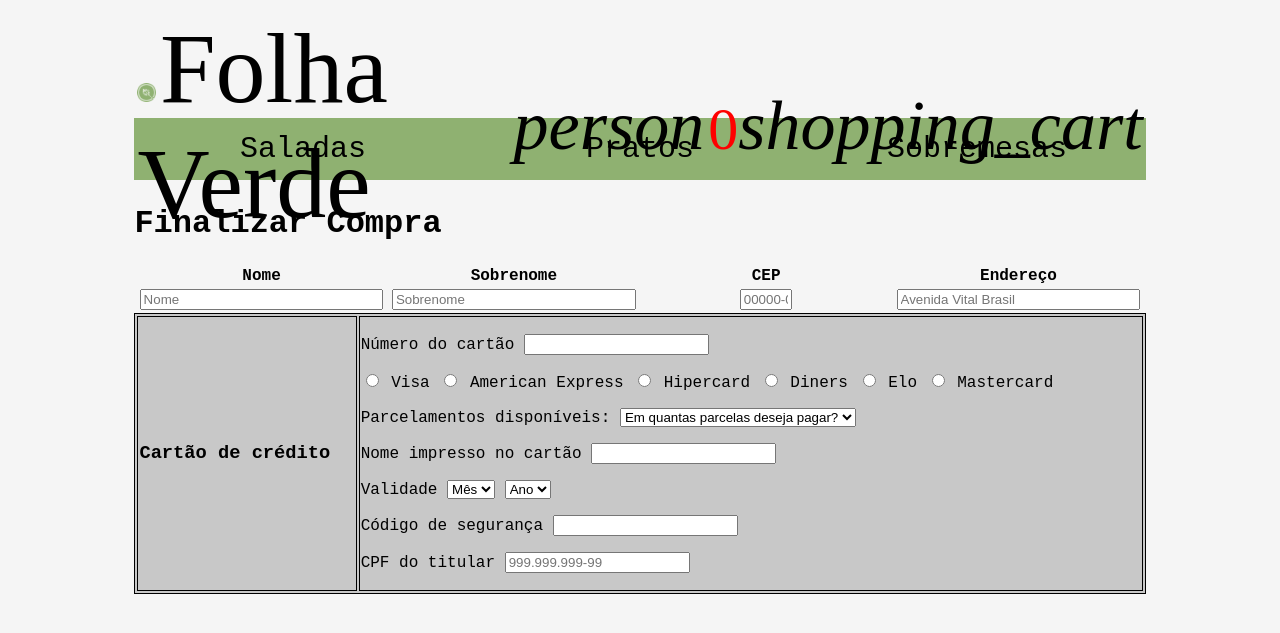
Repository: maaelphd/FolhaVerde
Page: http://localhost/FolhaVerde/Payment.jsp
The author's editor kept a copy of each file at every save. The page is drawn from the files as they stood at one save, then again after the next save.
The browser window is 1280 px wide. The pictures show the whole page.
Some web fonts or font styles are not loaded; a fallback is used. The page is served by Tomcat 9. Other server files are loaded and not shown.

Above is the page before, as saved 2018-06-04 02:29:17.

### FolhaVerde/WebContent/Payment.jsp
<%@ page language="java" contentType="text/html; charset=UTF-8"
	pageEncoding="UTF-8"%>
<%@ taglib uri="http://java.sun.com/jsp/jstl/core" prefix="c"%>
<!DOCTYPE html>
<html>
<head>
	<meta charset="UTF-8">
	<title>Restaurante Folha Verde - Pagamento</title>

	<link rel="stylesheet" href="${pageContext.request.contextPath}/CSS/Payment.css"/>
</head>
<body>
	<div id="wrapper">
		<c:import url="NavBar.jsp"></c:import>

		<div id="divPageContent">

			<div class="PaymentHeaderContent">
				<h1 class="PaymentText">Finalizar Compra</h1>
			</div>

			<div class="divPaymentDataTable">
				<table class="w3-table PaymentsDataTable">
					<tr>
						<th>
							Nome
						</th>
						<th>
							Sobrenome
						</th>
						<th>
							CEP
						</th>
						<th>
							Endereço
						</th>
					</tr>
					<tr>
						<td class="tdInpUserName">
							<input type="text" id="inpUserName" placeholder="Nome" name="data[userName]">
						</td>
						<td class="tdInpUserLastName">
							<input type="text" id="inpUserLastName" placeholder="Sobrenome" name="data[userLastName]">
						</td>
						<td class="tdInpUserCEPCode">
							<input type="text" min="" id="inpUserCEPCode" placeholder="00000-000" name="data[userCEPCode]">
						</td>
						<td class="tdInpUserAdress">
							<input type="text" min="" id="inpUserAdress" placeholder="Avenida Vital Brasil" name="data[userAdress]">
						</td>
					</tr>
				</table>
			</div>

			<div class="divPaymentChoiceTable">
				<table class="w3-table PaymentsChoiceTable">
					<tr>
						<td>
							<h3>Cartão de crédito</h3>
						</td>
						<td>
							<div class="CardForm">
								<div>
									<p class="PaymentCardNumber input text required">
										<label class="FormFieldLabel " for="creditCardpayment-card-0Number">Número do cartão</label>
										<input type="tel" id="creditCardpayment-card-0Number" class="input-medium  error" name="cardNumber" maxlength="30" value="">
									</p>
									<div class="PaymentCardFlags clearfix form-inline">
										<p class="card-flags active">
											<label class="radio card-flag-label" for="creditCardselectedCard0cc-0" title="Visa">
												<input type="radio" class="card-flag-radio" id="creditCardselectedCard0cc-0" name="creditCardselectedCardFlag-0" tabindex="-1" value="2">
												<span class="card-flag Visa ">Visa</span>
											</label>
											<label class="radio card-flag-label" for="creditCardselectedCard1cc-0" title="American Express">
												<input type="radio" class="card-flag-radio" id="creditCardselectedCard1cc-0" name="creditCardselectedCardFlag-0" tabindex="-1" value="1">
												<span class="card-flag American Express ">American Express</span>
											</label>
											<label class="radio card-flag-label" for="creditCardselectedCard2cc-0" title="Hipercard">
												<input type="radio" class="card-flag-radio" id="creditCardselectedCard2cc-0" name="creditCardselectedCardFlag-0" tabindex="-1" value="8">
												<span class="card-flag Hipercard ">Hipercard</span>
											</label>
											<label class="radio card-flag-label" for="creditCardselectedCard3cc-0" title="Diners">
												<input type="radio" class="card-flag-radio" id="creditCardselectedCard3cc-0" name="creditCardselectedCardFlag-0" tabindex="-1" value="3">
												<span class="card-flag Diners card-selected">Diners</span>
											</label>
											<label class="radio card-flag-label" for="creditCardselectedCard4cc-0" title="Elo">
												<input type="radio" class="card-flag-radio" id="creditCardselectedCard4cc-0" name="creditCardselectedCardFlag-0" tabindex="-1" value="9">
												<span class="card-flag Elo ">Elo</span>
											</label>
											<label class="radio card-flag-label" for="creditCardselectedCard5cc-0" title="Mastercard">
												<input type="radio" class="card-flag-radio" id="creditCardselectedCard5cc-0" name="creditCardselectedCardFlag-0" tabindex="-1" value="4">
												<span class="card-flag Mastercard ">Mastercard</span>
											</label>
										</p>
									</div>
								</div>
								<div class="PaymentInstallments ">
									<p class="select required">
										<label class="FormFieldLabel hide" for="creditCardpayment-card-0Brand">Parcelamentos disponíveis:</label>
										<select class="input-xlarge " id="creditCardpayment-card-0Brand">
											<option value="">Em quantas parcelas deseja pagar?</option>
											<option value="1">1x-</option>
											<option value="2">2x-</option>
											<option value="2">3x-</option>
											<option value="2">4x-</option>
											<optgroup label=""></optgroup>
										</select>
									</p>
								</div>
								<div>
									<p class="PaymentCardHolderName">
										<label class="FormFieldLabel " for="creditCardpayment-card-0Name">Nome impresso no cartão</label>
										<input type="text" class="input-medium  " id="creditCardpayment-card-0Name" name="ccName" value="">
									</p>
									<div class="PaymentCardDueDate clearfix">
										<p class="payment-card-due-month input text required">
											<label class="FormFieldLabel pull-left" for="creditCardpayment-card-0Month">Validade</label>
											<select class="input-mini " id="creditCardpayment-card-0Month" name="cardExpirationMonth">
												<option value="">Mês</option>
												<option value="01">01</option>
												<option value="02">02</option>
												<option value="03">03</option>
												<option value="04">04</option>
												<option value="05">05</option>
												<option value="06">06</option>
												<option value="07">07</option>
												<option value="08">08</option>
												<option value="09">09</option>
												<option value="10">10</option>
												<option value="11">11</option>
												<option value="12">12</option>
											</select>


											<select class="input-mini " id="creditCardpayment-card-0Year" name="cardExpirationYear">
												<option value="">Ano</option>
												<option value="18">18</option>
												<option value="19">19</option>
												<option value="20">20</option>
												<option value="21">21</option>
												<option value="22">22</option>
												<option value="23">23</option>
												<option value="24">24</option>
												<option value="25">25</option>
												<option value="26">26</option>
												<option value="27">27</option>
												<option value="28">28</option>
												<option value="29">29</option>
												<option value="30">30</option>
												<option value="31">31</option>
												<option value="32">32</option>
												<option value="33">33</option>
												<option value="34">34</option>
												<option value="35">35</option>
												<option value="36">36</option>
												<option value="37">37</option>
												<option value="38">38</option>
												<option value="39">39</option>
												<option value="40">40</option>
											</select>

										</p>
									</div>
								</div>
								<p class="PaymentCardCVV input text required">
									<label class="FormFieldLabel " for="creditCardpayment-card-0Code">Código de segurança</label>
									<input type="tel" id="creditCardpayment-card-0Code" class="input-mini   " maxlength="3" value="">
								</p>
								<p class="PaymentCardHolderDocument input text required mask">
									<label class="FormFieldLabel " for="holder-document-0">CPF do titular</label>
									<input type="tel" id="holder-document-0" class="input-small  " value="" placeholder="999.999.999-99">
								</p>
							</div>
						</td>
					</tr>
				</table>
			</div>
		</div>

	</div>
</body>
<footer></footer>
<script>
</script>
</html>

### FolhaVerde/WebContent/NavBar.jsp
<%@ page language="java" contentType="text/html; charset=UTF-8"	pageEncoding="UTF-8"%>
<%@ taglib uri="http://java.sun.com/jsp/jstl/core" prefix="c"%>
<!DOCTYPE html>
	 <meta charset="UTF-8">

 	<link href="https://fonts.googleapis.com/icon?family=Material+Icons" rel="stylesheet">
	<link rel="stylesheet" href="${pageContext.request.contextPath}/CSS/Pages.css"/>
	<link rel="stylesheet" href="${pageContext.request.contextPath}/CSS/NavBar.css"/>
	<link rel="stylesheet" href="${pageContext.request.contextPath}/CSS/RobotoFonts.css" type="text/css">
	<link rel="stylesheet" href="${pageContext.request.contextPath}/CSS/IndieFlower.css" type="text/css">

	<div class="LogoHeader">
		<table class="w3-table TopBarTable">
			<tr>
				<td>
					<div class="LogoImg">
						<a href="index.jsp"><img src="${pageContext.request.contextPath}/imgs/LOGO.png"> <span class="NomeEmpresaLogo"> Folha Verde </span></a>
					</div>
				</td>
				<td id="PersonIcoCol">
					<i class="material-icons" id="PersonIco">person</i>
				</td>
				<td id="shoppingCartIcoCol">
					<span class="ItensCountNumber">0</span><i class="material-icons" id="shoppingCartIco">shopping_cart</i>
				</td>
			</tr>
		</table>
	</div>

	<nav>
		<ul class="horizontal">
			<li><a href="#home" class="SaladTab">Saladas</a></li>
			<li><a href="#news" class="PlateTab">Pratos</a></li>
			<li><a href="#contact" class="DessertTab">Sobremesas</a></li>
		</ul>
	</nav>

	<!-- JQUERY & BOOTSTRAP  -->

	<!-- jQuery Reference -->
	<!-- <script src="${pageContext.request.contextPath}/jquery-ui/jquery-ui.min.js"></script> -->
	<script src="${pageContext.request.contextPath}/jquery-ui/jquery-3.3.1.min.js"></script>
	<script src="https://cdnjs.cloudflare.com/ajax/libs/jquery.mask/1.14.10/jquery.mask.js"></script>


	<script src="https://maxcdn.bootstrapcdn.com/bootstrap/3.3.7/js/bootstrap.min.js"></script>

	<script>
	$(document).ready(function () {

	  	$(".nav a").on("click", function(){
	  	   $(".nav").find(".active").removeClass("active");
	  	   $(this).parent().addClass("active");
	  	});

	});
	//# sourceURL=pen.js
	</script>

### FolhaVerde/WebContent/CSS/Payment.css
body {
	font-family: 'Roboto Mono', monospace;
}

.w3-content.w3-section
{
	align-items: center;
	margin: 0 auto;
	width: 100%;
	height: 100%;
}

.divPaymentChoiceTable,
.divPaymentDataTable {
	width: 80%;;
	margin: 0 auto;
}

.PaymentsChoiceTable,
.PaymentsDataTable {
	width: 100%;;
	margin: 0 auto;
	text-align: center;
}

.PaymentHeaderContent {
	width: 80%;;
	margin: 0 auto;
	text-align: left;
}

.tdInpUserName input, .tdInpUserLastName input,
.tdInpUserAdress input {
	width: 95%;
}

.tdInpUserCEPCode input {
	width: 18%;
}

.PaymentsChoiceTable {
	background-color: #c8c8c8;
}

.PaymentsChoiceTable,
.PaymentsChoiceTable td,
.PaymentsChoiceTable tr {
	border: 1px solid black;
}

.PaymentsChoiceTable td {
	text-align: left;
}

### FolhaVerde/WebContent/CSS/Pages.css
html, body {
	background-color: #f5f5f5;
	font-family: 'Roboto Mono', monospace;
}

#divPageContent
{
	display: block;
	margin-top: 2%;
}

.TopBar {
	border: 1px solid black;
}

### FolhaVerde/WebContent/CSS/NavBar.css
nav {
	width: 80%;
	text-align: center;
	margin: 0% auto;
}

ul {
    list-style-type: none;
    margin: 0;
    padding: 0;
    overflow: hidden;
    background-color: #8FB171;
}

li {
    float: left;
    width: 33.33333%;
}

li a {
    display: block;
    color: white;
    text-align: center;
    padding: 14px 16px;
    text-decoration: none;
}

li a.SaladTab,
li a.PlateTab,
li a.DessertTab {
    font-size: 30px;
}

/* Change the link color to #111 (black) on hover */
li a:hover {
    background-color: #badd9b;
}

a:link {
	color: inherit;
	text-decoration: none;
}

.LogoHeader
{
	width: 80%;
	height: 110px;
	text-align: left;
	margin: 0% auto;
	font-family: 'Indie Flower', cursive;
}

.LogoImg img
{
	width: 5%;
	height: 5%;
}

.NomeEmpresaLogo {
	font-size: 100px;
	font-family:
}

#shoppingCartIco,
#PersonIco {
	font-size: 70px;
}

.TopBarTable{
	width: 100%;
}

.ItensCountNumber {
	font-size: 60px;
	color: #ff0000;
	font-family: 'Indie Flower', cursive;
}

.SaladTab.active, .PlateTab.active, .DessertTab.active{
	background-color: #badd9b;
}

### FolhaVerde/WebContent/CSS/RobotoFonts.css
/* cyrillic-ext */
@font-face {
  font-family: 'Roboto Mono';
  font-style: normal;
  font-weight: 400;
  src: local('Roboto Mono'), local('RobotoMono-Regular'), url(https://fonts.gstatic.com/s/robotomono/v5/L0x5DF4xlVMF-BfR8bXMIjhGq3-OXg.woff2) format('woff2');
  unicode-range: U+0460-052F, U+1C80-1C88, U+20B4, U+2DE0-2DFF, U+A640-A69F, U+FE2E-FE2F;
}
/* cyrillic */
@font-face {
  font-family: 'Roboto Mono';
  font-style: normal;
  font-weight: 400;
  src: local('Roboto Mono'), local('RobotoMono-Regular'), url(https://fonts.gstatic.com/s/robotomono/v5/L0x5DF4xlVMF-BfR8bXMIjhPq3-OXg.woff2) format('woff2');
  unicode-range: U+0400-045F, U+0490-0491, U+04B0-04B1, U+2116;
}
/* greek-ext */
@font-face {
  font-family: 'Roboto Mono';
  font-style: normal;
  font-weight: 400;
  src: local('Roboto Mono'), local('RobotoMono-Regular'), url(https://fonts.gstatic.com/s/robotomono/v5/L0x5DF4xlVMF-BfR8bXMIjhHq3-OXg.woff2) format('woff2');
  unicode-range: U+1F00-1FFF;
}
/* greek */
@font-face {
  font-family: 'Roboto Mono';
  font-style: normal;
  font-weight: 400;
  src: local('Roboto Mono'), local('RobotoMono-Regular'), url(https://fonts.gstatic.com/s/robotomono/v5/L0x5DF4xlVMF-BfR8bXMIjhIq3-OXg.woff2) format('woff2');
  unicode-range: U+0370-03FF;
}
/* vietnamese */
@font-face {
  font-family: 'Roboto Mono';
  font-style: normal;
  font-weight: 400;
  src: local('Roboto Mono'), local('RobotoMono-Regular'), url(https://fonts.gstatic.com/s/robotomono/v5/L0x5DF4xlVMF-BfR8bXMIjhEq3-OXg.woff2) format('woff2');
  unicode-range: U+0102-0103, U+0110-0111, U+1EA0-1EF9, U+20AB;
}
/* latin-ext */
@font-face {
  font-family: 'Roboto Mono';
  font-style: normal;
  font-weight: 400;
  src: local('Roboto Mono'), local('RobotoMono-Regular'), url(https://fonts.gstatic.com/s/robotomono/v5/L0x5DF4xlVMF-BfR8bXMIjhFq3-OXg.woff2) format('woff2');
  unicode-range: U+0100-024F, U+0259, U+1E00-1EFF, U+2020, U+20A0-20AB, U+20AD-20CF, U+2113, U+2C60-2C7F, U+A720-A7FF;
}
/* latin */
@font-face {
  font-family: 'Roboto Mono';
  font-style: normal;
  font-weight: 400;
  src: local('Roboto Mono'), local('RobotoMono-Regular'), url(https://fonts.gstatic.com/s/robotomono/v5/L0x5DF4xlVMF-BfR8bXMIjhLq38.woff2) format('woff2');
  unicode-range: U+0000-00FF, U+0131, U+0152-0153, U+02BB-02BC, U+02C6, U+02DA, U+02DC, U+2000-206F, U+2074, U+20AC, U+2122, U+2191, U+2193, U+2212, U+2215, U+FEFF, U+FFFD;
}

### FolhaVerde/WebContent/CSS/IndieFlower.css
/* latin */
@font-face {
  font-family: 'Indie Flower';
  font-style: normal;
  font-weight: 400;
  src: local('Indie Flower'), local('IndieFlower'), url(https://fonts.gstatic.com/s/indieflower/v9/m8JVjfNVeKWVnh3QMuKkFcZVaUuH.woff2) format('woff2');
  unicode-range: U+0000-00FF, U+0131, U+0152-0153, U+02BB-02BC, U+02C6, U+02DA, U+02DC, U+2000-206F, U+2074, U+20AC, U+2122, U+2191, U+2193, U+2212, U+2215, U+FEFF, U+FFFD;
}

Loaded but not shown: FolhaVerde/WebContent/jquery-ui/jquery-3.3.1.min.js (library)

After the next save:
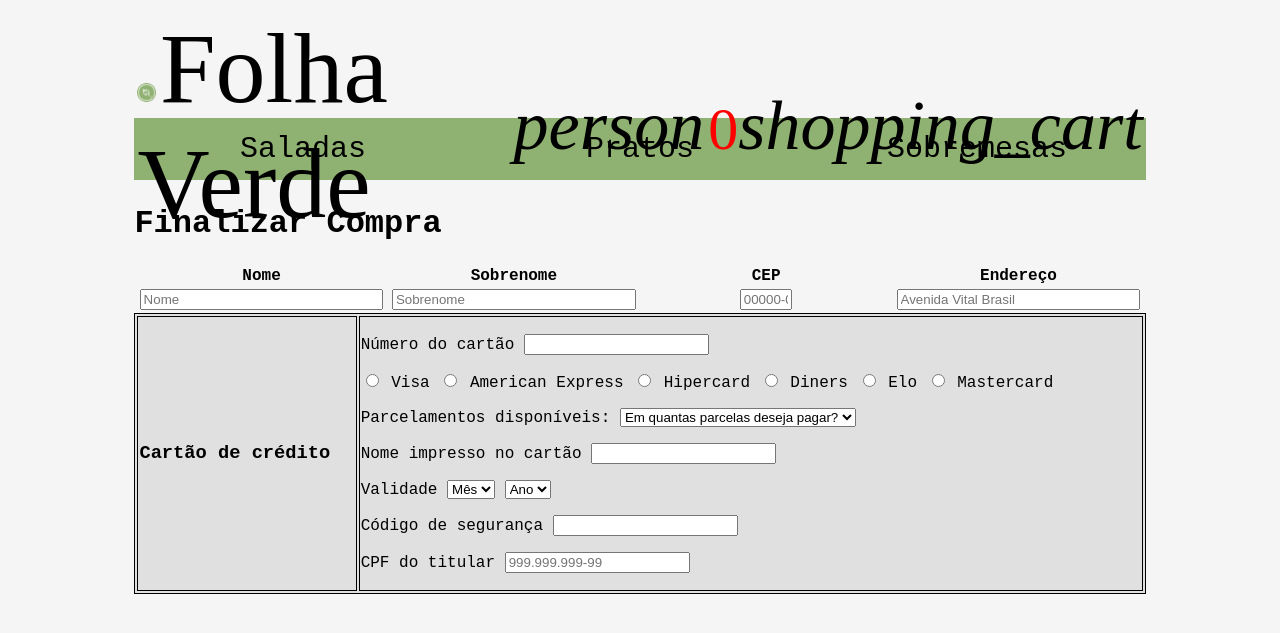
Saved 20 s later.
--- a/FolhaVerde/WebContent/CSS/Payment.css
+++ b/FolhaVerde/WebContent/CSS/Payment.css
@@ -39,7 +39,7 @@ body {
 }
 
 .PaymentsChoiceTable {
-	background-color: #c8c8c8;
+	background-color: #e0e0e0;
 }
 
 .PaymentsChoiceTable,
